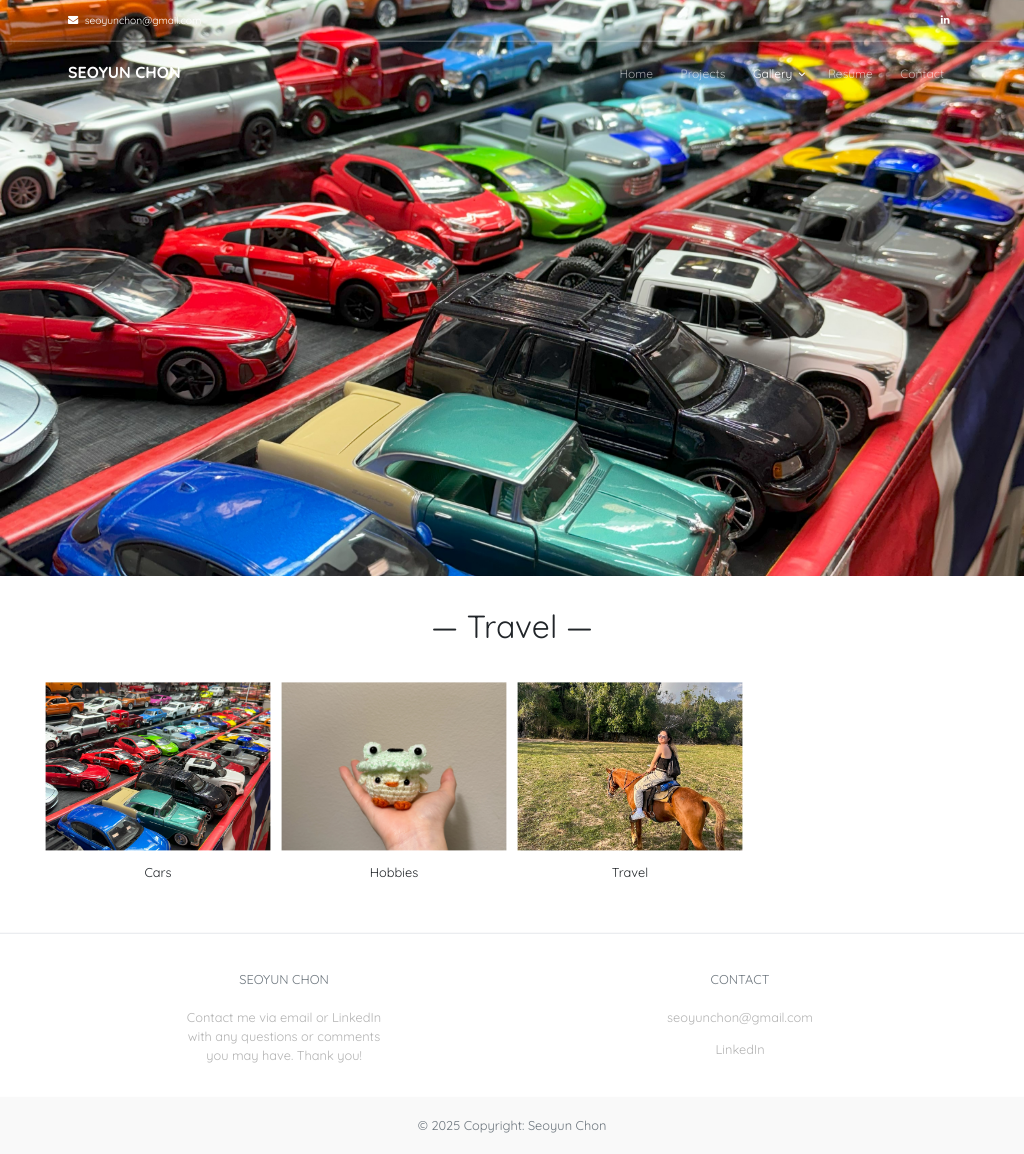
Repository: schon02/seoyun-chon-portfolio
Page: gallery_travel_page.html
An editor plug-in stored every save of this project. The page is shown before and after the next save, followed by the edit.
The browser window is 1280 px wide. The pictures show the whole page, at 80% of full size.

Above is the page before, as saved 2025-02-27 05:56:42.

### gallery_travel_page.html
<!DOCTYPE html>
<html>
    <head>
        <!-- <link href="style.css" rel="stylesheet" /> -->

        <!-- Required meta tags -->
        <meta charset="utf-8">
        <meta name="viewport" content="width=device-width, initial-scale=1, shrink-to-fit=no">

        <link href="https://fonts.googleapis.com/css?family=Quicksand:400,600,700&display=swap" rel="stylesheet">

        <link rel="stylesheet" href="fonts/icomoon/style.css">

        <link rel="stylesheet" href="css/owl.carousel.min.css">

        <!-- Bootstrap CSS -->
        <link rel="stylesheet" href="css/bootstrap.min.css">

        <!-- Style -->
        <link rel="stylesheet" href="css/style.css">

        <title>Home Page</title>

    </head>

    <body>
        <!-- <header>
            <nav>
                <ul>
                    <li><a class="active" href="index.html">Home</a></li>
                    <li><a href="services_page.html">Services</a></li>
                    <li><a href="contact_page.html">Contact</a></li>
                </ul>
            </nav>
        </header> -->

        <div class="site-mobile-menu site-navbar-target">
            <div class="site-mobile-menu-header">
              <div class="site-mobile-menu-close mt-3">
                <span class="icon-close2 js-menu-toggle"></span>
              </div>
            </div>
            <div class="site-mobile-menu-body"></div>
          </div> <!-- .site-mobile-menu -->

        <div class="site-navbar-wrap">
            <div class="site-navbar-top">
              <div class="container py-3">
                <div class="row align-items-center">
                  <div class="col-6">
                    <div class="d-flex mr-auto">
                      <a href="#" class="d-flex align-items-center mr-4">
                        <span class="icon-envelope mr-2"></span>
                        <span class="d-none d-md-inline-block">seoyunchon@gmail.com</span>
                      </a>
                      <!-- <a href="#" class="d-flex align-items-center mr-auto">
                        <span class="icon-phone mr-2"></span>
                        <span class="d-none d-md-inline-block">+1 234 4567 8910</span>
                      </a> -->
                    </div>
                  </div>
                  <div class="col-6 text-right">
                    <div class="mr-auto">
                      <!-- <a href="#" class="p-2 pl-0"><span class="icon-twitter"></span></a> -->
                      <!-- <a href="#" class="p-2 pl-0"><span class="icon-facebook"></span></a> -->
                      <a href="https://www.linkedin.com/in/seoyun-chon/" class="p-2 pl-0"><span class="icon-linkedin"></span></a>
                      <!-- <a href="#" class="p-2 pl-0"><span class="icon-instagram"></span></a> -->
                    </div>

                  </div>
                </div>
              </div>
            </div>

            <div class="site-navbar site-navbar-target js-sticky-header">
              <div class="container">
                <div class="row align-items-center">
                  <div class="col-2">
                    <h1 class="my-0 site-logo"><a href="index.html">Seoyun&nbsp;Chon</a></h1>
                  </div>
                  <div class="col-10">
                    <nav class="site-navigation text-right" role="navigation">
                      <div class="container">
                        <div class="d-inline-block d-lg-none ml-md-0 mr-auto py-3"><a href="#" class="site-menu-toggle js-menu-toggle text-white"><span class="icon-menu h3"></span></a></div>

                        <ul class="site-menu main-menu js-clone-nav d-none d-lg-block">
                          <li><a href="index.html" class="nav-link">Home</a></li>
                          <li><a href="projects_page.html" class="nav-link">Projects</a></li>
                          <li class="has-children">
                            <a class="active" href="gallery_page.html" class="nav-link">Gallery</a>
                            <ul class="dropdown arrow-top">
                              <li><a href="gallery_cars_page.html" class="nav-link">Cars</a></li>
                              <li><a href="gallery_hobbies_page.html" class="nav-link">Hobbies</a></li>
                              <li><a href="gallery_travel_page.html" class="nav-link">Travel</a></li>
                              <!-- <li class="has-children">
                                <a href="#">More Links</a>
                                <ul class="dropdown">
                                  <li><a href="#">Menu One</a></li>
                                  <li><a href="#">Menu Two</a></li>
                                  <li><a href="#">Menu Three</a></li>
                                </ul>
                              </li> -->
                            </ul>
                          </li>
                          <!-- <li><a href="#about-section" class="nav-link">About</a></li> -->
                          <li><a href="resume_page.html" class="nav-link">Resume</a></li>
                          <!-- <li><a href="#gallery-section" class="nav-link">Gallery</a></li> -->
                          <li><a href="contact_page.html" class="nav-link">Contact</a></li>
                        </ul>
                      </div>
                    </nav>
                  </div>
                </div>
              </div>
            </div>
          </div>


          <div class="hero" style="background-image: url('images/gallery_cars_cover_photo.jpg');"></div>


        <div class="text-center" style="padding-top: 1cm;">
          <h1>— Travel —</h1>
        </div>

<!-- -------------first row for products gallery----------------- -->

    <div style="padding-top: 1cm; margin: 0px 50px 0px 50px;">
      <div class="responsive">
        <div class="gallery">
          <a href="gallery_cars_page.html">
            <img src="images/gallery_cars_cover_photo.jpg" alt="Cars" width="600" height="400">
          </a>
          <div class="desc">Cars</div>
        </div>
      </div>


      <div class="responsive">
        <div class="gallery">
          <a href="#">
            <img src="images/gallery_hobbies_cover.jpg" alt="Hobbies" width="600" height="400">
          </a>
          <div class="desc">Hobbies</div>
        </div>
      </div>

      <div class="responsive">
        <div class="gallery">
          <a href="#">
            <img src="images/gallery_travel_cover.JPG" alt="Travel" width="600" height="400">
          </a>
          <div class="desc">Travel</div>
        </div>
      </div>

      <!-- <div class="responsive">
        <div class="gallery">
          <a target="_blank" href="images/amber-bottle.jpg">
            <img src="images/amber-bottle.jpg" alt="Mountains" width="600" height="400">
          </a>
          <div class="desc">Lavender Amber</div>
        </div>
      </div> -->

      <div class="clearfix"></div>
    </div>

<!-- -------------second row for products gallery----------------- -->

    <!-- <div style="padding-top: 1cm; margin: 0px 50px 0px 50px;">
        <div class="responsive">
          <div class="gallery">
            <a target="_blank" href="images/smokey-amber-bottle.jpg">
              <img src="images/smokey-amber-bottle.jpg" alt="Cinque Terre" width="600" height="400">
            </a>
            <div class="desc">Smokey Amber Musk</div>
          </div>
        </div>


        <div class="responsive">
          <div class="gallery">
            <a target="_blank" href="images/blue-ocean-bottle.jpg">
              <img src="images/blue-ocean-bottle.jpg" alt="Forest" width="600" height="400">
            </a>
            <div class="desc">Salty Sea</div>
          </div>
        </div>

        <div class="responsive">
          <div class="gallery">
            <a target="_blank" href="images/fresh-sheets-bottle.jpg">
              <img src="images/fresh-sheets-bottle.jpg" alt="Northern Lights" width="600" height="400">
            </a>
            <div class="desc">Fresh Sheets</div>
          </div>
        </div>

        <div class="responsive">
          <div class="gallery">
            <a target="_blank" href="images/lavender-bottle.jpg">
              <img src="images/lavender-bottle.jpg" alt="Mountains" width="600" height="400">
            </a>
            <div class="desc">Lavender Love</div>
          </div>
        </div>

        <div class="clearfix"></div>
      </div> -->

        <script src="js/jquery-3.3.1.min.js"></script>
        <script src="js/popper.min.js"></script>
        <script src="js/bootstrap.min.js"></script>
        <script src="js/jquery.sticky.js"></script>
        <script src="js/main.js"></script>

    </body>

<!-- Footer -->
<footer class="text-center text-lg-start bg-white text-muted">

  <section class="d-flex justify-content-center justify-content-lg-between p-4 border-bottom">
  </section>

  <!-- Section: Links  -->
  <section class="">
    <div class="container text-center text-md-start mt-5">
      <!-- Grid row -->
      <div class="row mt-3">
        <!-- Grid column -->
        <div class="col-md-3 col-lg-4 col-xl-3 mx-auto mb-4">
          <!-- Content -->
          <h6 class="text-uppercase fw-bold mb-4">
            <i class="fas fa-gem me-3 text-secondary"></i>Seoyun Chon
          </h6>
          <p>
            Contact me via email or LinkedIn with any questions or comments you may have. Thank you!
          </p>
        </div>
        <!-- Grid column -->

        <!-- Grid column -->
        <div class="col-md-4 col-lg-3 col-xl-3 mx-auto mb-md-0 mb-4">
          <!-- Links -->
          <h6 class="text-uppercase fw-bold mb-4">Contact</h6>
          <p><i class="fas fa-home me-3 text-secondary"></i> seoyunchon@gmail.com</p>
          <p>
            <i class="fas fa-envelope me-3 text-secondary"></i>
            <a href="https://www.linkedin.com/in/seoyun-chon/" class="text-reset"> LinkedIn </a>
          </p>
        </div>
        <!-- Grid column -->
      </div>
      <!-- Grid row -->
    </div>
  </section>
  <!-- Section: Links  -->

  <!-- Copyright -->
  <div class="text-center p-4" style="background-color: rgba(0, 0, 0, 0.025);">
    © 2025 Copyright:
    <a class="text-reset fw-bold" href="https://mdbootstrap.com/">Seoyun Chon</a>
  </div>
  <!-- Copyright -->
</footer>
<!-- Footer -->


</html>

Loaded but not shown: fonts/icomoon/style.css (common file); css/owl.carousel.min.css (library); css/bootstrap.min.css (library); js/jquery-3.3.1.min.js (library); js/popper.min.js (library); js/bootstrap.min.js (library); js/jquery.sticky.js (library); js/main.js (87 lines, source omitted); css/style.css (448 lines, source omitted)

After the next save:
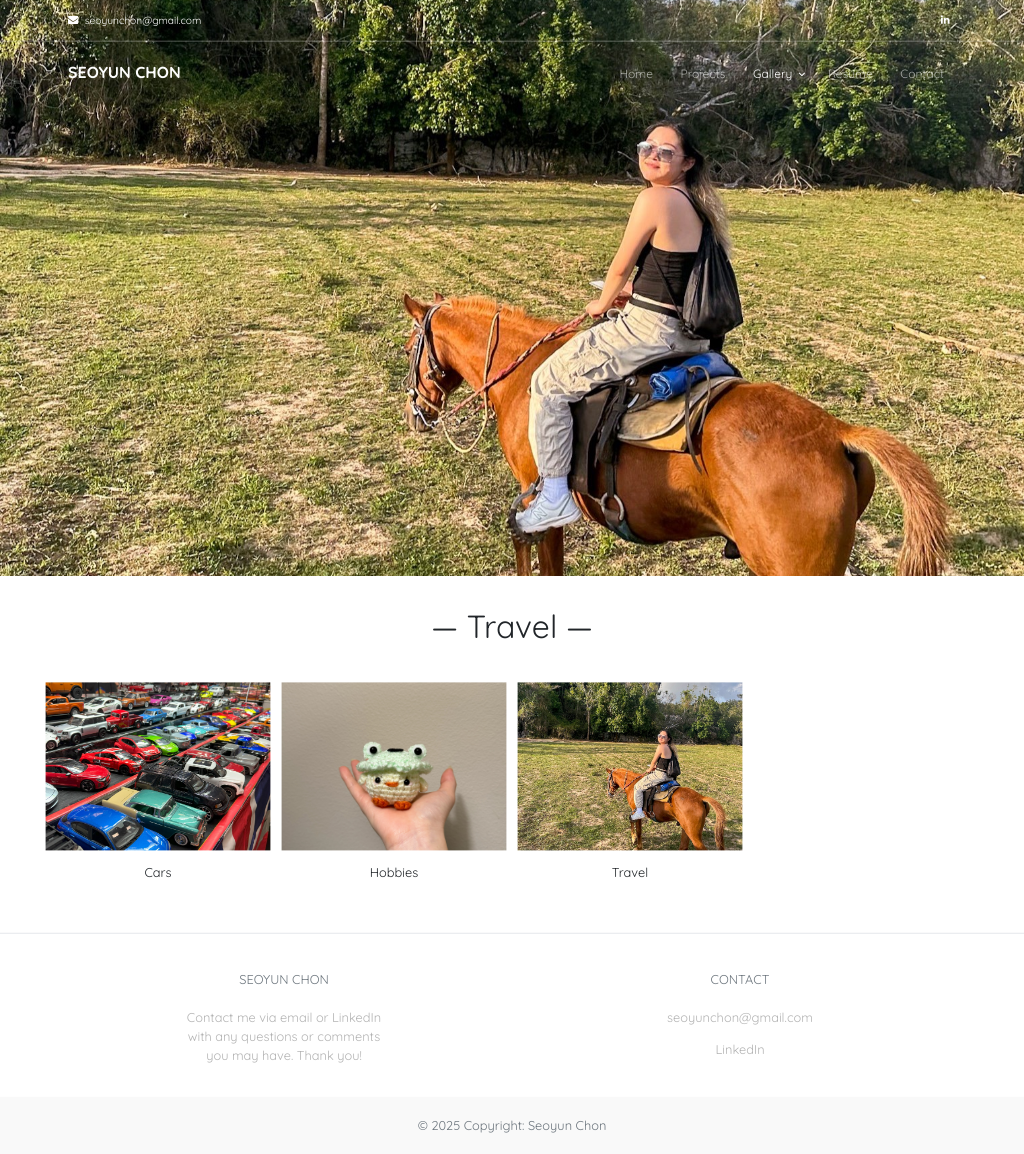
Saved 12 s later.
--- a/gallery_travel_page.html
+++ b/gallery_travel_page.html
@@ -116,7 +116,7 @@
           </div>
 
 
-          <div class="hero" style="background-image: url('images/gallery_cars_cover_photo.jpg');"></div>
+          <div class="hero" style="background-image: url('images/gallery_travel_cover.JPG');"></div>
 
 
         <div class="text-center" style="padding-top: 1cm;">
